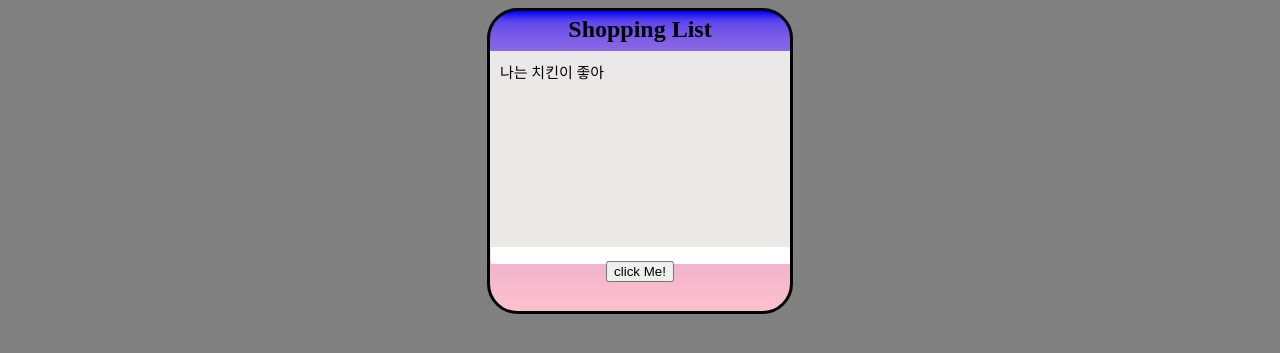
Repository: DevMinwoo-Jung/JavaScript101
Page: WebApIs/shoppingApp/index.html
These files come from the project's save history. The page is drawn as it stood at one moment and after the next save; the edit follows.
The browser window is 1280 px wide. The pictures show the whole page.

Above is the page before, as saved 2021-06-14 10:26:40.

### WebApIs/shoppingApp/index.html
<!DOCTYPE html>
<html lang="en">
<head>
  <meta charset="UTF-8">
  <meta http-equiv="X-UA-Compatible" content="IE=edge">
  <meta name="viewport" content="width=device-width, initial-scale=1.0">
  <title>Document</title>
</head>
<link rel="stylesheet" href="style.css" />
<body>
  <div class="list__div">
    <div class="list__div__top">
      <h2>Shopping List</h2>
    </div>
    <div class="item__list">
      <p>나는 치킨이 좋아</p>
      <input type="text">
    </div>
    <div class="button__div">
      <button class="addItem">click Me!</button>
    </div>
  </div>
</body>
<script src="main.js" defer></script>
</html>

### WebApIs/shoppingApp/style.css
:root {
  --topAndBottom-height: 20px;
  --background-color: rgb(235, 232, 232);
}

body {
  background-color: grey;
}

.list__div {
  margin: auto;
  display: block;
  height: 300px;
  text-align: center;
  border: solid;
  position: relative;
  width: 300px;
  border-radius: 10%;
  background: linear-gradient(blue, 10%, pink);
}

.list__div__top {
  height: var(--topAndBottom-height);
}

.list__div__top h2 {
  margin: 5px;
}

.item__list {
  height: 210px;
  background-color: var(--background-color);
}

.item__list p {
  text-align: left;
  padding-left: 10px;
  padding-top: 10px;
  font-size: 15px;
}

.item__list__input {
  bottom: 10px;
}

.button__div {
  margin: auto;
  display: block;
  width: 300px;
  text-align: center;
  height: var(--topAndBottom-height);
}

input {
  width: 295px;
  border: 0px;
  margin-top: 150px;
}

.input__box {
}

Loaded but not shown: WebApIs/shoppingApp/main.js (no copy from this time; the picture is the same without it)

After the next save:
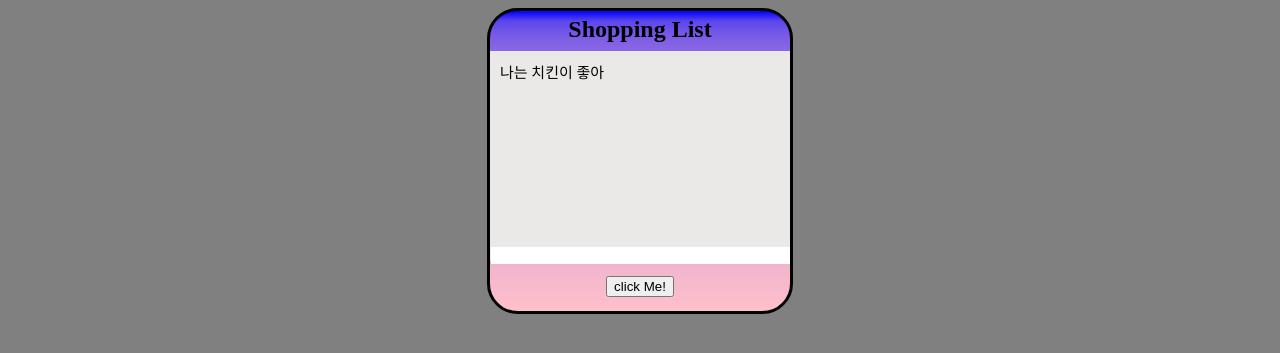
Saved 27 s later.
--- a/WebApIs/shoppingApp/style.css
+++ b/WebApIs/shoppingApp/style.css
@@ -43,12 +43,8 @@ body {
   bottom: 10px;
 }
 
-.button__div {
-  margin: auto;
-  display: block;
-  width: 300px;
-  text-align: center;
-  height: var(--topAndBottom-height);
+.button__div .addItem {
+  margin-top: 15px;
 }
 
 input {
